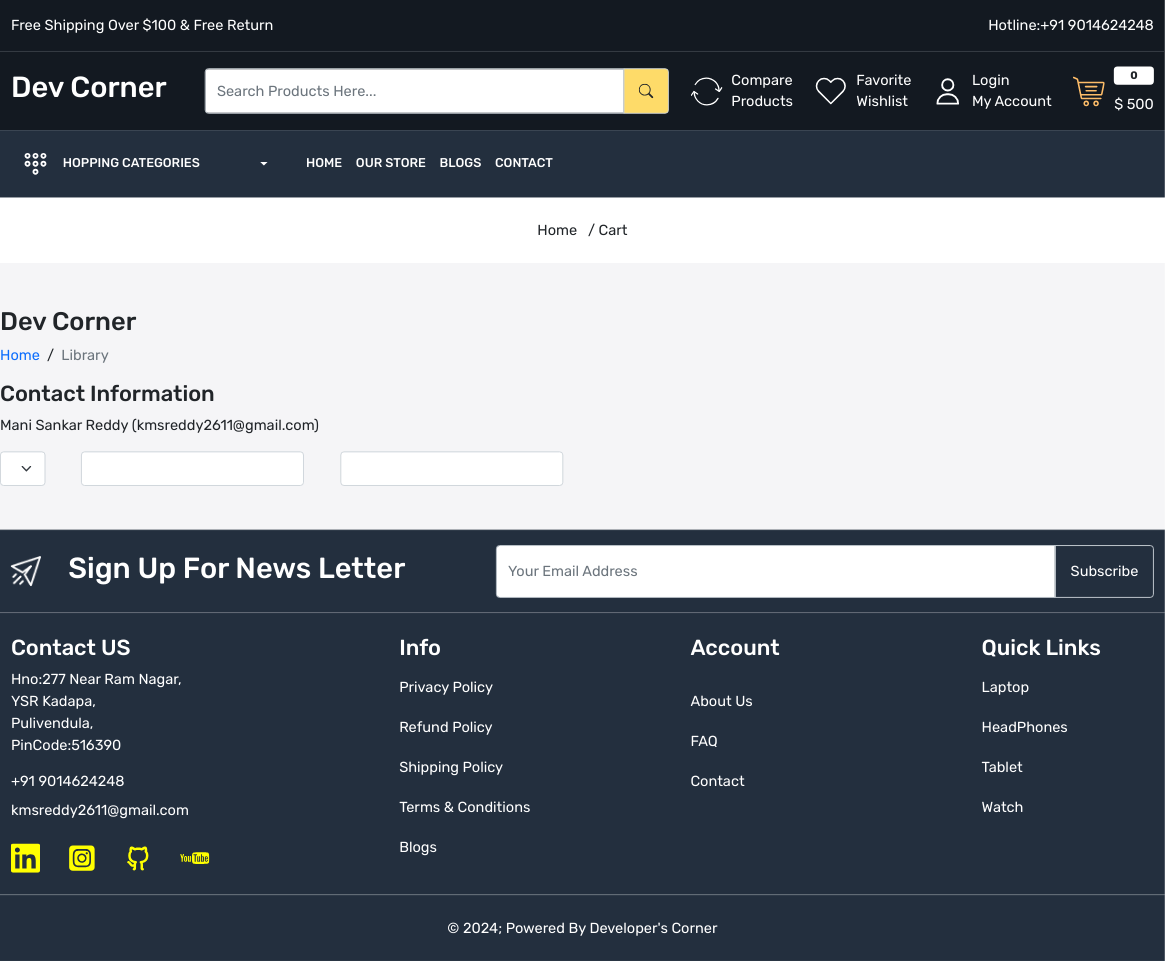
Repository: maniheist/ecommerce-app
Page: /checkout
These files come from the project's save history. The page is drawn as it stood at one moment and after the next save; the edit follows.
The browser window is 1280 px wide. The page is 1292 px wide, so the pictures cover 1292 px, including what lies to the right of the window. The pictures show the whole page, at 91% of full size.
The project was rebuilt for these pictures with package versions that can differ from the ones it lists, and the page was loaded fresh each time. Also part of the build but not shown: src/components/BlogCard.js, src/components/ProductCard.js, src/components/SpecialProduct.js, src/pages/Home.js, src/pages/About.js, src/pages/Contact.js, src/components/Color.js, src/pages/OurStore.js and 14 more.

Above is the page before, as saved 2024-02-21 19:12:27.

After the next save:
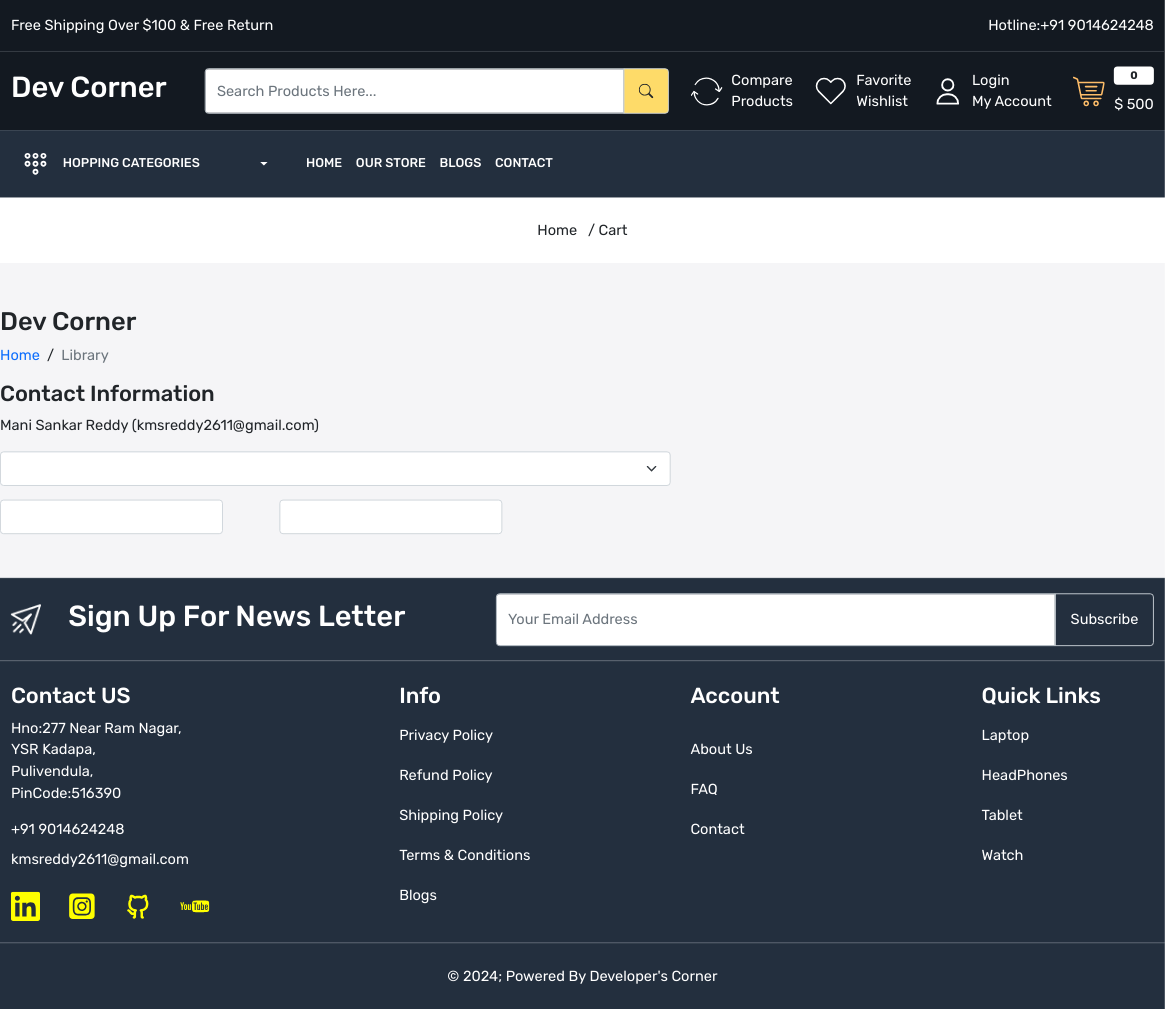
Saved 19 h 35 min later.
--- a/src/pages/Checkout.js
+++ b/src/pages/Checkout.js
@@ -28,7 +28,7 @@ const Checkout = () => {
 </p>
 <form className='d-flex gap-15 flex-wrap justify-content-between'>
 
-<div>
+<div className='w-100'>
     <select name="" className='form-control form-select'>
 
     </select>
